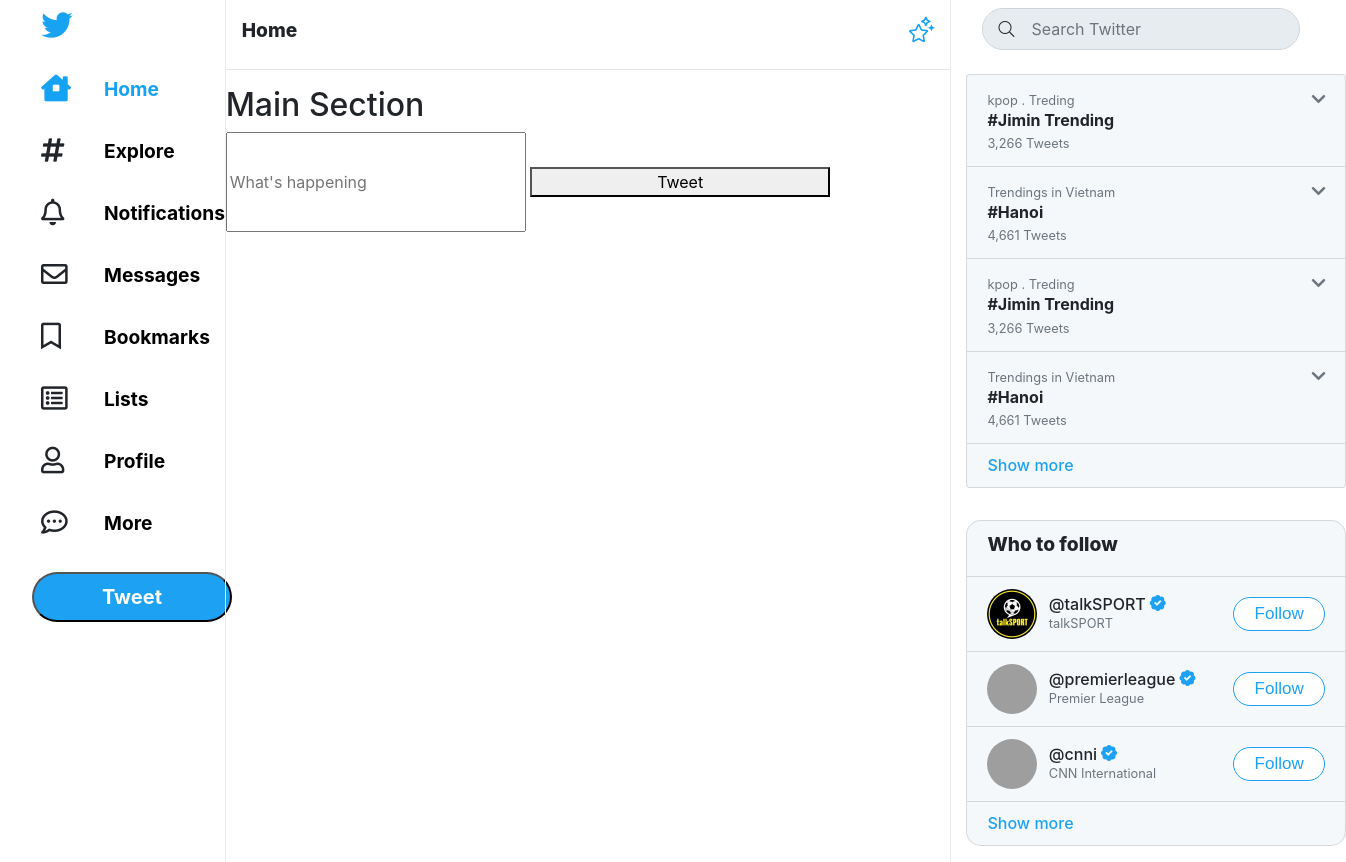
Repository: tts2610/Twitter-clone
Page: index.html
The author's editor kept a copy of each file at every save. The page is drawn from the files as they stood at one save, then again after the next save.
The browser window is 1280 px wide. The page is 1346 px wide, then 1280 px, so the pictures cover 1346 px, including what lies to the right of the window. The pictures show the whole page.
Pictures or frames that could not be fetched are drawn as grey boxes.

Above is the page before, as saved 2020-05-23 15:20:54.

### index.html
<!DOCTYPE html>
<html lang="en">

<head>
    <meta charset="UTF-8">
    <!-- <meta name="viewport" content="width=device-width, initial-scale=1.0"> -->
    <title>Document</title>
    <link rel="stylesheet" href="css/style.css">
    <!-- Latest compiled and minified CSS -->
    <link rel="stylesheet" href="https://maxcdn.bootstrapcdn.com/bootstrap/4.5.0/css/bootstrap.min.css">

    <!-- jQuery library -->
    <script src="https://ajax.googleapis.com/ajax/libs/jquery/3.5.1/jquery.min.js"></script>

    <!-- Popper JS -->
    <script src="https://cdnjs.cloudflare.com/ajax/libs/popper.js/1.16.0/umd/popper.min.js"></script>

    <!-- Latest compiled JavaScript -->
    <script src="https://maxcdn.bootstrapcdn.com/bootstrap/4.5.0/js/bootstrap.min.js"></script>

    <!-- <link rel="stylesheet" crossorigin="anonymous" href="https://use.fontawesome.com/releases/v5.6.3/css/all.css" integrity="sha384-UHRtZLI+pbxtHCWp1t77Bi1L4ZtiqrqD80Kn4Z8NTSRyMA2Fd33n5dQ8lWUE00s/" /> -->
    <link rel="stylesheet" href="css/all.css">

</head>


<body>
    <div class="container">
        <div class="row">
            <div class="col-2">
                <div class="row">
                    <div class="col"><img src="/img/twt-logo1.png" alt="twitter-logo" width="50" height="50"></div>
                </div>
                <div class="row my-3">
                    <div id="outerMenuContainer" style="color: #16a2f2;">
                        <div class="col-2 mr-4 py-2 px-4" style="font-size: 20px;"><i class="fas fa-house fa-lg"></i></div>
                        <div class="col-10 py-2" style="margin-right: 0px;padding-right: 0px;font-weight: 700;font-size: larger;"> <a href="#Home" style="color: #16a2f2;">Home</a></div>
                    </div>

                </div>
                <div class="row my-3">
                    <div id="outerMenuContainer">
                        <div class="col-2 mr-4 py-2 px-4" style="font-size: 20px;"><i class="fas fa-hashtag fa-lg"></i></div>
                        <div class="col-10" style="margin-right: 0px;padding-right: 0px;font-weight: 700;font-size: larger;"><a href="#services">Explore</a></div>

                    </div>
                </div>
                <div class="row my-3">
                    <div id="outerMenuContainer">
                        <div class="col-2 mr-4 py-2 px-4" style="font-size: 20px;"><i class="far fa-bell fa-lg"></i></div>
                        <div class="col-10" style="margin-right: 0px;padding-right: 0px;font-weight: 700;font-size: larger;"><a href="#clients">Notifications</a></div>

                    </div>
                </div>
                <div class="row my-3">
                    <div id="outerMenuContainer">
                        <div class="col-2 mr-4 py-2 px-4" style="font-size: 20px;"><i class="far fa-envelope fa-lg"></i></div>
                        <div class="col-10" style="margin-right: 0px;padding-right: 0px;font-weight: 700;font-size: larger;"><a href="#contact">Messages</a></div>
                    </div>
                </div>
                <div class="row my-3">
                    <div id="outerMenuContainer">
                        <div class="col-2 mr-4 py-2 px-4" style="font-size: 20px;"><i class="far fa-bookmark fa-lg"></i></div>
                        <div class="col-10" style="margin-right: 0px;padding-right: 0px;font-weight: 700;font-size: larger;"><a href="#clients">Bookmarks</a></div>
                    </div>
                </div>
                <div class="row my-3">
                    <div id="outerMenuContainer">
                        <div class="col-2 mr-4 py-2 px-4" style="font-size: 20px;"><i class="far fa-list-alt fa-lg"></i></div>
                        <div class="col-10" style="margin-right: 0px;padding-right: 0px;font-weight: 700;font-size: larger;"><a href="#contact">Lists</a></div>
                    </div>
                </div>
                <div class="row my-3">
                    <div id="outerMenuContainer">
                        <div class="col-2 mr-4 py-2 px-4" style="font-size: 20px;"><i class="far fa-user fa-lg"></i></div>
                        <div class="col-10" style="margin-right: 0px;padding-right: 0px;font-weight: 700;font-size: larger;"><a href="#clients">Profile</a></div>
                    </div>
                </div>
                <div class="row my-3">
                    <div id="outerMenuContainer">
                        <div class="col-2 mr-4 py-2 px-4" style="font-size: 20px;"><i class="far fa-comment-dots fa-lg"></i></div>
                        <div class="col-10" style="margin-right: 0px;padding-right: 0px;font-weight: 700;font-size: larger;"><a href="#contact">More</a></div>
                    </div>
                </div>
                <div class="row my-3">
                    <div class="col"><button class="tweetbtn" href="#">Tweet</button></div>
                </div>
            </div>

            <div class="col-7" style="border-right: #e6ecf0 solid 1px; border-left: #e6ecf0 solid 1px; padding-left: 0px; padding-right: 0px;">
                <nav class="navbar sticky-top navbar-light my-2" id="leftNav">
                    <span>Home</span>
                    <span style="color: #16a2f2;"><i class="fal fa-stars fa-lg"></i></span>
                </nav>
                <hr/>
                <div>
                    <h2>Main Section</h2>
                    <input type="text" id="tweetArea" placeholder="What's happening">
                    <button id="tweetBtn" onclick="post()">Tweet</button>
                    <span id="remain"></span>
                    <div id="content" class="mt-5">
                    </div>



                </div>
            </div>

            <div class="col-3">
                <nav class="navbar sticky-top navbar-light" id="rightNav">
                    <span style="position: absolute;z-index: 100;"><i class="fal fa-search ml-3"></i></span>
                    <div><input class="form-control mr-sm-2 pl-5" type="search" placeholder="Search Twitter" aria-label="Search" id="search"></div>
                </nav>
                <div id="trendings" class="py-3">
                    <ul class="list-group mb-3">
                        <!-- <li class="list-group-item d-flex justify-content-between lh-condensed header" style="border-radius: 15px 15px 0px 0px;" id="trendingHeader">
                            <div>
                                <div class="trends-header">Trends for you</div>
                            </div>
                            <span class="text-muted"><i class="fal fa-cog" style="COLOR: rgba(29,161,242,1.00); font-size: larger;"></i></span>
                        </li> -->
                        <li class="list-group-item d-flex justify-content-between lh-condensed content" id="trending1">
                            <div>
                                <small class="text-muted">Trendings in Vietnam</small>
                                <h6 class="my-0 hashtag">#Hanoi</h6>
                                <small class="text-muted">4,661 Tweets</small>
                            </div>
                            <span class="text-muted"><i class="fas fa-chevron-down"></i></span>
                        </li>
                        <li class="list-group-item d-flex justify-content-between lh-condensed content" id="trending2">
                            <div>
                                <small class="text-muted">kpop . Treding</small>
                                <h6 class="my-0 hashtag">#Jimin Trending</h6>
                                <small class="text-muted">3,266 Tweets</small>
                            </div>
                            <span class="text-muted"><i class="fas fa-chevron-down"></i></span>
                        </li>
                        <li class="list-group-item d-flex justify-content-between lh-condensed content" id="trending3">
                            <div>
                                <small class="text-muted">Trendings in Vietnam</small>
                                <h6 class="my-0 hashtag">#Hanoi</h6>
                                <small class="text-muted">4,661 Tweets</small>
                            </div>
                            <span class="text-muted"><i class="fas fa-chevron-down"></i></span>
                        </li>
                        <li class="list-group-item d-flex justify-content-between lh-condensed content" id="trending4">
                            <div>
                                <small class="text-muted">kpop . Treding</small>
                                <h6 class="my-0 hashtag">#Jimin Trending</h6>
                                <small class="text-muted">3,266 Tweets</small>
                            </div>
                            <span class="text-muted"><i class="fas fa-chevron-down"></i></span>
                        </li>
                        <li class="list-group-item d-flex justify-content-between lh-condensed content" style="border-radius: 0px 0px 15px 15px">
                            <div>
                                <h6 class="my-0"><a href="#" style="COLOR: rgba(29,161,242,1.00); text-decoration: none;">Show more</a></h6>
                            </div>
                        </li>
                    </ul>
                </div>

                <div id="whoToFollow" class="">
                    <ul class="list-group mb-3">
                        <li class="list-group-item d-flex justify-content-between lh-condensed" style="border-radius: 15px 15px 0px 0px;">
                            <div>
                                <h5 class="whoToFollow-header">Who to follow</h5>
                            </div>
                        </li>
                        <li class="list-group-item content">
                            <div class="row">
                                <div class="col-2">
                                    <img src="img/profileImages/talkSport.jpg" id="moreToFollowImg" alt="Avatar">
                                </div>
                                <div class="col-6">
                                    <div style="display: flex;">
                                        <h6 class="my-0 hashtag">@talkSPORT</h6>
                                        <i class="ml-1 fas fa-badge-check"></i>
                                    </div>

                                    <small class="text-muted">talkSPORT</small>

                                </div>
                                <div class="col-4">
                                    <a href="#" class="followBtn">Follow</a>
                                </div>
                            </div>
                        </li>
                        <li class="list-group-item content">
                            <div class="row">
                                <div class="col-2">
                                    <img src="https://d3pc1xvrcw35tl.cloudfront.net/ln/feedImages/643x481/bwpUoL-J_400x400_ckOpi7f_4RVQqqi_ZPjpFJN_cnPYP1e_202004.jpg" id="moreToFollowImg" alt="Avatar">
                                </div>
                                <div class="col-6">
                                    <div style="display: flex;">
                                        <h6 class="my-0 hashtag">@premierleague</h6>
                                        <i class="ml-1 fas fa-badge-check"></i>
                                    </div>

                                    <small class="text-muted">Premier League</small>

                                </div>
                                <div class="col-4">
                                    <a href="#" class="followBtn">Follow</a>
                                </div>
                            </div>
                        </li>
                        <li class="list-group-item content">
                            <div class="row">
                                <div class="col-2">
                                    <img src="https://upload.wikimedia.org/wikipedia/commons/thumb/6/66/CNN_International_logo.svg/1200px-CNN_International_logo.svg.png" id="moreToFollowImg" alt="Avatar">
                                </div>
                                <div class="col-6">
                                    <div style="display: flex;">
                                        <h6 class="my-0 hashtag">@cnni</h6>
                                        <i class="ml-1 fas fa-badge-check"></i>
                                    </div>

                                    <small class="text-muted">CNN International</small>

                                </div>
                                <div class="col-4">
                                    <a href="#" class="followBtn">Follow</a>
                                </div>
                            </div>
                        </li>
                        <li class="list-group-item d-flex justify-content-between lh-condensed content" style="border-radius: 0px 0px 15px 15px">
                            <div>
                                <h6 class="my-0"><a href="#" style="COLOR: rgba(29,161,242,1.00); text-decoration: none;">Show more</a></h6>
                            </div>
                        </li>
                    </ul>
                </div>
            </div>
        </div>

        <!-- <nav class="navbar sticky-top navbar-expand-lg navbar-light bg-light">
                <a class="navbar-brand" href="#">Navbar</a>
                <button class="navbar-toggler" type="button" data-toggle="collapse" data-target="#navbarSupportedContent" aria-controls="navbarSupportedContent" aria-expanded="false" aria-label="Toggle navigation">
                  <span class="navbar-toggler-icon"></span>
                </button>

                <div class="collapse navbar-collapse" id="navbarSupportedContent">
                    <ul class="navbar-nav mr-auto">
                    </ul>
                    <form class="form-inline my-2 my-lg-0">
                        <input class="form-control mr-sm-2" type="search" placeholder="Search" aria-label="Search">
                        <button class="btn btn-outline-success my-2 my-sm-0" type="submit">Search</button>
                    </form>
                </div>
            </nav> -->
        <!-- <div class="column2">

        </div>

        <div class="column3">

        </div> -->


        <!-- END COL-3 -->
    </div>

    <script src="js/script.js"></script>
    <script src="js/moment.js"></script>
</body>

</html>

### css/style.css
* {
    box-sizing: border-box;
}

body {
    font-family: “Helvetica Neue”, Helvetica, Arial, sans-serif;
}

body .container {
    max-width: 95%;
    padding-left: 0px;
    padding-right: 0px;
}


/* .container {
    width: 60%;
} */

#leftNav {
    display: flex;
    justify-content: space-between;
    font-size: larger;
    font-weight: 800;
    background-color: white;
}

#rightNav {
    width: 100%;
    background-color: white;
}

#rightNav .input-group-prepend {
    background-color: white !important;
    color: white !important;
}

#search {
    border-radius: 30px;
    height: 10px;
    padding: 20px;
    position: relative;
    width: 318px;
    background-color: #e6ecf0;
}

.sidenav {
    height: 100%;
    position: fixed;
    z-index: 1;
    top: 0;
    left: 0;
    background-color: rgb(255, 255, 255);
    overflow-x: hidden;
    padding-top: 20px;
    border-right: 1px solid lightgrey;
}

.sidenav a {
    text-decoration: none;
    font-size: 25px;
    color: #000000;
    display: block;
    font-family: system-ui, -apple-system, BlinkMacSystemFont, "Segoe UI", Roboto, Ubuntu, "Helvetica Neue", sans-serif;
    ;
    margin: 5px;
    margin-bottom: 10px;
}

.sidenav a:hover {
    color: #16afdd;
}

.main {
    margin-left: 160px;
    /* Same as the width of the sidenav /
    font-size: 28px; / Increased text to enable scrolling */
    padding: 0px 10px;
}

@media screen and (max-height: 450px) {
    .sidenav {
        padding-top: 15px;
    }
    .sidenav a {
        font-size: 18px;
    }
}

.tweetbtn {
    height: 50px;
    width: 200px;
    border-radius: 40px;
    background-color: rgb(29, 161, 242);
    color: white;
    font-weight: bolder;
    font-size: 20px;
    cursor: pointer;
    margin-left: 0px;
    margin-top: 10px;
}

.tweetbtn:hover {
    background-color: rgba(26, 145, 218);
}

.home {
    display: flex;
}

.explore {
    display: flex;
}

.notifications {
    display: flex;
}

.messages {
    display: flex;
}

.bookmarks {
    display: flex;
}

.lists {
    display: flex;
}

.profile {
    display: flex;
}

.more {
    display: flex;
}


/* Clear floats after the columns */

.row:after {
    content: "";
    display: table;
    clear: both;
}

tr {
    text-align: center;
}

#tweetArea {
    width: 300px;
    height: 100px
}

#tweetBtn {
    margin-top: 10px;
    width: 300px;
}

#trendings {
    min-width: 380px;
}

#trendings .list-group-item {
    background-color: #f5f8fa;
}

#trendings .content {
    cursor: pointer;
}

#trendings .trends-header {
    font-weight: 800;
    font-size: larger;
}

#trendings .content:hover {
    filter: brightness(97%)
}

#trendings ul li .hashtag {
    font-weight: 700;
}

#moreToFollowImg {
    border-radius: 50%;
    width: 50px;
    height: 50px;
}

.fa-badge-check {
    color: rgba(29, 161, 242, 1.00);
}

.followBtn {
    -webkit-border-radius: 20px;
    -moz-border-radius: 20px;
    border-radius: 25px;
    color: #1DA1F2;
    font-family: Arial;
    font-size: 17px;
    font-weight: 200;
    padding: 3px;
    background-color: #FFFFFF;
    border: solid #1DA1F2 1px;
    text-decoration: none;
    /* display: inline-block; */
    cursor: pointer;
    text-align: center;
}

.followBtn:hover {
    color: #1DA1F2;
    background: #CFE7F6;
    border-radius: 25px;
    text-decoration: none;
    opacity: 0.7;
}

#whoToFollow {
    min-width: 380px;
}

#whoToFollow .list-group-item {
    background-color: #f5f8fa;
}

#whoToFollow .content {
    cursor: pointer;
}

#whoToFollow .content:hover {
    filter: brightness(97%)
}

#whoToFollow .row .col-6 {
    display: flex;
    flex-direction: column;
    justify-content: center;
}

#whoToFollow .row .col-6 .hashtag {
    text-overflow: ellipsis;
    white-space: nowrap;
    overflow: hidden;
}

#whoToFollow .row .col-4 {
    display: flex;
    flex-direction: column;
    justify-content: center;
}

#whoToFollow .whoToFollow-header {
    font-weight: 800;
    font-size: larger;
}

h6 {
    font-weight: 700;
}

#content .functionBar {
    display: flex;
    justify-content: space-between;
}

#content .row {
    padding: 30px;
    border: 1px solid lightgrey;
}

#content .row div {
    margin-top: 4px;
}

#outerMenuContainer {
    display: flex;
    flex-direction: row;
    align-items: center;
    width: max-content;
}

#outerMenuContainer:hover {
    color: #1DA1F2 !important;
    background: #CFE7F6;
    border-radius: 25px;
    text-decoration: none;
    opacity: 0.7;
    /* padding: 5px 0px 5px 3px;
    width: max-content; */
}

#outerMenuContainer:hover a {
    color: #1DA1F2 !important;
}

#outerMenuContainer a {
    text-decoration: none;
    color: black;
}

Loaded but not shown: css/all.css (library); js/moment.js (library); js/script.js (178 lines, source omitted)

After the next save:
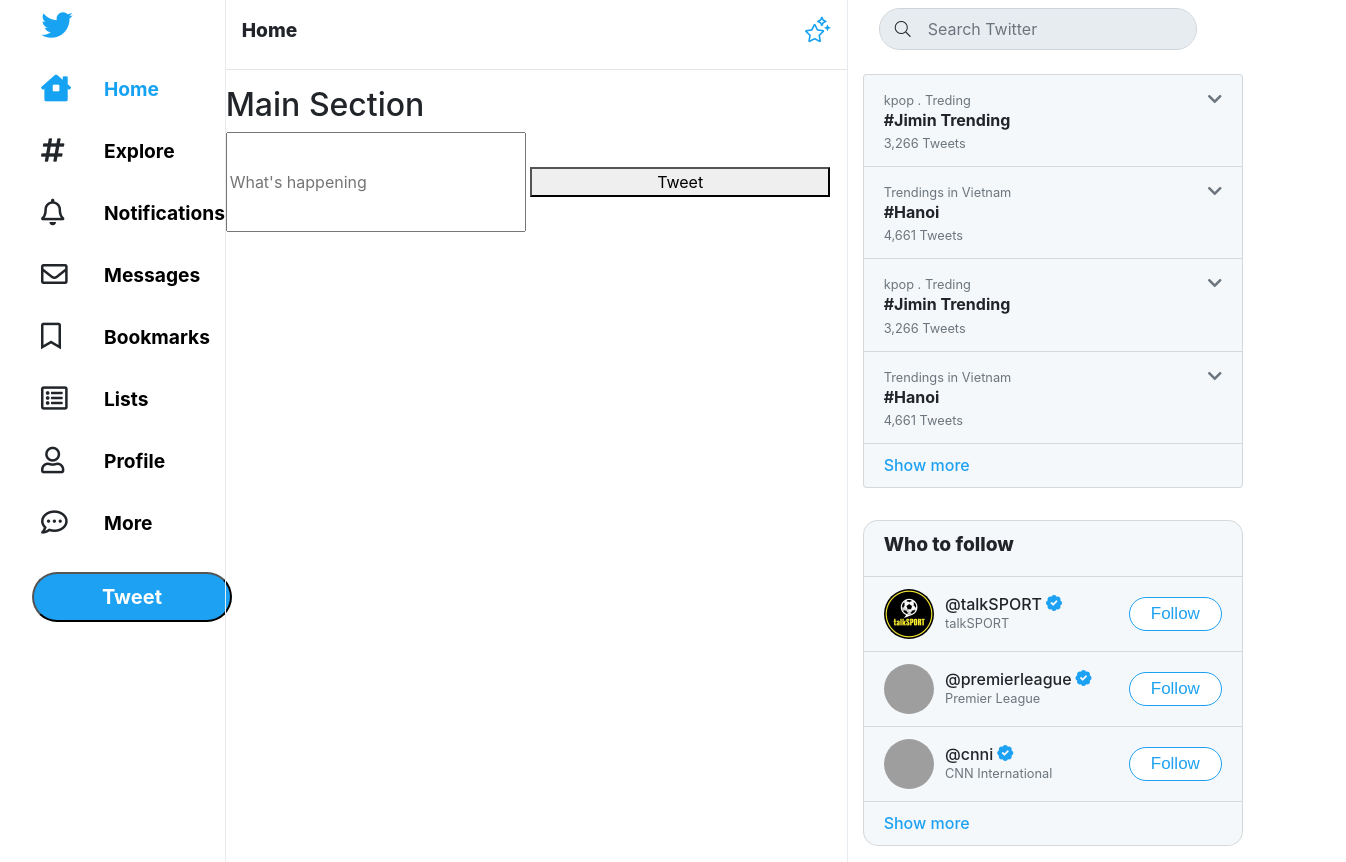
Saved 10 s later.
--- a/index.html
+++ b/index.html
@@ -87,7 +87,7 @@
                 </div>
             </div>
 
-            <div class="col-7" style="border-right: #e6ecf0 solid 1px; border-left: #e6ecf0 solid 1px; padding-left: 0px; padding-right: 0px;">
+            <div class="col-6" style="border-right: #e6ecf0 solid 1px; border-left: #e6ecf0 solid 1px; padding-left: 0px; padding-right: 0px;">
                 <nav class="navbar sticky-top navbar-light my-2" id="leftNav">
                     <span>Home</span>
                     <span style="color: #16a2f2;"><i class="fal fa-stars fa-lg"></i></span>
